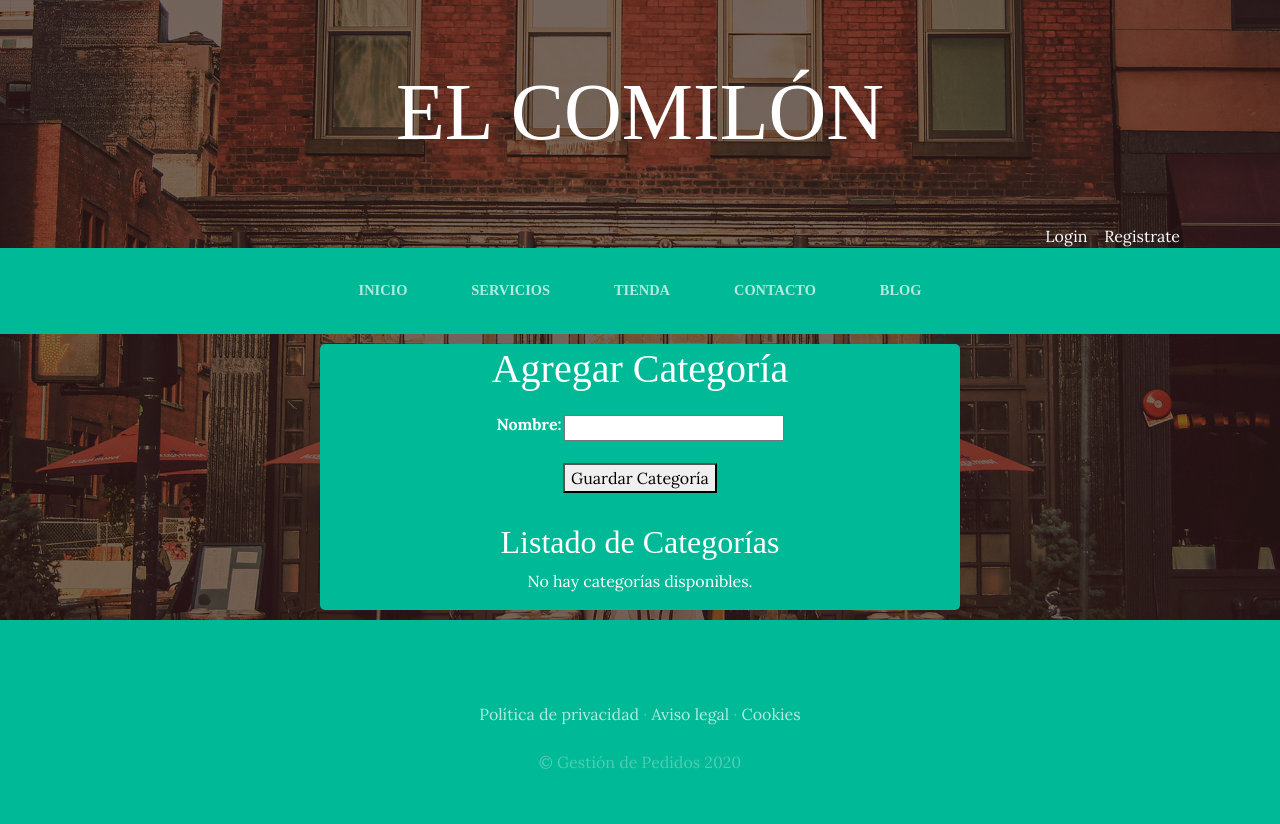
Repository: MatLarrea/Entrega_Elcomilon
Page: http://localhost/tienda/agregar_categoria/
An editor plug-in stored every save of this project. The page is shown before and after the next save, followed by the edit.
The browser window is 1280 px wide. The pictures show the whole page.
Backgrounds fixed to the window are drawn as part of the page. Some web fonts or font styles are not loaded; a fallback is used. The page is served by the project's application, run on Django 5.2 (manage.py). Other server files are loaded and not shown. Queries for data that is not in the repository find no rows.

Above is the page before, as saved 2024-07-11 22:34:10.
Console error: TypeError: Cannot read properties of null (reading 'addEventListener')

### TiendaApp/templates/tienda/agregar_categoria.html
{% extends 'layouts/base.html'%}

{% load static %}


{% block content %}
<div class="formularioContacto" style="text-align: center;">
    <h1 style="color: white;">Agregar Categoría</h1>
    <form method="post">
        {% csrf_token %}
        <table style="margin:20px auto; color: white;">
        {{ form.as_table }}
        </table>
        <button type="submit" style="display: block; margin: 0 auto;">Guardar Categoría</button>
    </form>

    <h2 style="color: white; margin-top: 30px;">Listado de Categorías</h2>
    <ul style="list-style-type: none; padding: 0;">
        {% for categoria in categorias %}
        <li style="margin-bottom: 10px;">
            {{ categoria.nombre }}
            <form method="post" action="{% url 'borrar_categoria' categoria.id %}" style="display: inline;">
                {% csrf_token %}
                <button type="submit" style="margin-left: 10px;">Eliminar</button>
            </form>
        </li>
        {% empty %}
        <li style="color: white;">No hay categorías disponibles.</li>
        {% endfor %}
    </ul>
</div>
{% endblock%}

### Carrito/context_processor.py
from django.contrib import messages

def importe_total_carro(request):

    total = 0

    if request.user.is_authenticated:
        for key, value in request.session["carrito"].items():
            total = total + float(value["precio"])
    else:
        total = "Error"
    return {"importe_total_carro":total}

### Tienda_OnlineApp/templates/layouts/base.html
<html>

<head>


    {% load static %}
    <!-- Bootstrap -->
    <link href="{% static 'Tienda_OnlineApp/vendor/bootstrap/css/bootstrap.min.css' %}" rel="stylesheet">

    <!-- Fonts -->

    <link href="https://fonts.googleapis.com/css2?family=Raleway:wght@300&display=swap" rel="stylesheet">
    <link href="https://fonts.googleapis.com/css?family=Lora:400,400i,700,700i" rel="stylesheet">


    <!-- Styles -->
    <link href="{% static 'Tienda_OnlineApp/css/gestion.css' %}" rel="stylesheet">
</head>

<body>

    <h1 class="site-heading text-center text-white d-none d-lg-block">

        <span class="site-heading-lower">El comilón</span>
    </h1>

    <div style="text-align: right; margin-right: 100px; color: white;">

        {% if user.is_authenticated %}
           Bienvenido {{user.username}} &nbsp;&nbsp; <a href="{% url 'cerrar_sesion'%}" style="color: white;"> Cerrar sesión</a>
        {% else %}
            <a href="{% url 'logear' %}" style="color: white;">Login</a> &nbsp;&nbsp; <a href="{% url 'registro'%}" style="color: white;">Registrate</a>
        {% endif %}
    </div>
    <!-- Navbar -->
    <nav class="navbar navbar-expand-lg navbar-dark py-lg-4" id="mainNav">
        <div class="container">
            <a class="navbar-brand text-uppercase text-expanded font-weight-bold d-lg-none" href="home.html">Gestión de Pedidos
            </a>
            <button class="navbar-toggler" type="button" data-toggle="collapse" data-target="#navbarResponsive"
                aria-controls="navbarResponsive" aria-expanded="false" aria-label="Toggle navigation">
                <span class="navbar-toggler-icon"></span>
            </button>
            <div class="collapse navbar-collapse" id="navbarResponsive">
                <ul class="navbar-nav mx-auto">
                    <li class="nav-item {% if request.path == '/' %}active{% endif %} px-lg-4">
                        <a class="nav-link text-uppercase text-expanded" href="{% url 'home' %}">Inicio</a>
                    </li>
                    <li class="nav-item {% if request.path == '/servicios/' %}active{% endif %} px-lg-4">
                        <a class="nav-link text-uppercase text-expanded" href="{% url 'servicios' %}">Servicios</a>
                    </li>
                    <li class="nav-item {% if request.path == '/tienda/' %}active{% endif %} px-lg-4">
                        <a class="nav-link text-uppercase text-expanded" href="{% url 'tienda' %}">Tienda</a>
                    </li>
                    <li class="nav-item {% if request.path == '/contacto/' %}active{% endif %} px-lg-4">
                        <a class="nav-link text-uppercase text-expanded" href="{% url 'contacto' %}">Contacto</a>
                    </li>
                    <li class="nav-item {% if request.path|slice:':6' == '/blog/' %}active{% endif %} px-lg-4">
                        <a class="nav-link text-uppercase text-expanded" href="{% url 'blog' %}">Blog</a>
                    </li>
                    {% if user.is_superuser %}
                        <li class="nav-item {% if request.path == '/agregar_categoria/' %}active{% endif %} px-lg-4">
                            <a class="nav-link text-uppercase text-expanded" href="{% url 'agregar_categoria' %}">Administracion Categorias</a>
                        </li>
                        <li class="nav-item {% if request.path == '/agregar_producto/' %}active{% endif %} px-lg-4">
                            <a class="nav-link text-uppercase text-expanded" href="{% url 'agregar_producto' %}">Administracion Productos</a>
                        </li>
                    {% endif %}
                </ul>
            </div>
        </div>
    </nav>

    <!-- Contenido de las paginas-->
    {% block content%}

    {% endblock %}

    <!-- Footer -->
    <footer class="footer text-faded text-center py-5">
        <div class="container">
            <p class="m-0">
                <a href="#" class="link">
                    <span class="fa-stack fa-lg">
                        <i class="fa fa-circle fa-stack-2x"></i>
                        <i class="fa fa-twitter fa-stack-1x fa-inverse"></i>
                    </span>
                </a>
                <a href="#" class="link">
                    <span class="fa-stack fa-lg">
                        <i class="fa fa-circle fa-stack-2x"></i>
                        <i class="fa fa-facebook fa-stack-1x fa-inverse"></i>
                    </span>
                </a>
                <a href="#" class="link">
                    <span class="fa-stack fa-lg">
                        <i class="fa fa-circle fa-stack-2x"></i>
                        <i class="fa fa-instagram fa-stack-1x fa-inverse"></i>
                    </span>
                </a>
            </p>
            <p class="m-0 mbt">
                <a href="sample.html" class="link">Política de privacidad</a> ·
                <a href="sample.html" class="link">Aviso legal</a> ·
                <a href="sample.html" class="link">Cookies</a>
            </p>
            <p class="m-0 mbt1">&copy; Gestión de Pedidos 2020</p>
        </div>
    </footer>

    <!-- Bootstrap -->
    <script src="{% static 'Tienda_OnlineApp/vendor/jquery/jquery.min.js' %}"></script>
    <script src="{% static 'Tienda_OnlineApp/vendor/bootstrap/js/bootstrap.bundle.min.js' %}"></script>
    <script src="{% static 'Tienda_OnlineApp/js/gestion.js' %}"></script>
</body>

</html>

### TiendaApp/forms.py
from django import forms
from .models import Categoria_producto, Producto

class CategoriaProductoForm(forms.ModelForm):
    class Meta:
        model = Categoria_producto
        fields = ['nombre']

class ProductoForm(forms.ModelForm):
    class Meta:
        model = Producto
        fields = ['nombre', 'precio', 'categorias', 'imagen', 'disponibilidad']

### TiendaApp/models.py
from django.db import models

# Create your models here.
class Categoria_producto(models.Model):
    nombre = models.CharField(max_length=100, unique=True)
    created = models.DateTimeField(auto_now_add=True)
    updated = models.DateTimeField(auto_now_add=True)

    class Meta:
        verbose_name = "categoria_producto"
        verbose_name_plural = "categorias_producto"

    def __str__(self):
        return self.nombre

class Producto(models.Model):
    nombre = models.CharField(max_length=50)
    precio = models.FloatField()
    categorias =  models.ForeignKey(Categoria_producto, on_delete=models.CASCADE)
    imagen = models.ImageField(upload_to="tienda", null=True, blank=True)
    disponibilidad = models.BooleanField(default=True)
    created = models.DateTimeField(auto_now_add=True)
    updated = models.DateTimeField(auto_now_add=True)

    class Meta:
        verbose_name = "producto"
        verbose_name_plural = "productos"

    def __str__(self):
        return self.nombre

### TiendaApp/views.py
from django.shortcuts import render, redirect, get_object_or_404
from .models import Producto, Categoria_producto
from .forms import CategoriaProductoForm, ProductoForm
from django.contrib import messages
from django.db import IntegrityError

# Create your views here.
def tienda(request):
    productos = Producto.objects.all()
    return render(request, "tienda/tienda.html", {"productos":productos})

def agregar_categoria(request):
    if request.method == 'POST':
        form = CategoriaProductoForm(request.POST)
        if form.is_valid():
            nombre_categoria = form.cleaned_data['nombre']
            try:
                form.save()
                messages.success(request, f'Categoría "{nombre_categoria}" agregada correctamente.')
                return redirect('agregar_categoria')  # Redirige a la misma página de agregar categoría
            except IntegrityError:
                messages.error(request, f'La categoría "{nombre_categoria}" ya existe.')
    else:
        form = CategoriaProductoForm()

    categorias = Categoria_producto.objects.all()  # Obtener todas las categorías desde la base de datos

    return render(request, 'tienda/agregar_categoria.html', {'form': form, 'categorias': categorias})

def borrar_categoria(request, categoria_id):
    categoria = get_object_or_404(Categoria_producto, pk=categoria_id)
    if request.method == 'POST':
        categoria.delete()
        messages.success(request, f'Categoría "{categoria.nombre}" eliminada correctamente.')
        return redirect('agregar_categoria')  # Redirige de nuevo a la misma página de agregar categoría
    return redirect('agregar_categoria')  # En caso de que no sea POST, redirige a la misma página de agregar categoría

def agregar_producto(request):
    if request.method == 'POST':
        form = ProductoForm(request.POST, request.FILES)
        if form.is_valid():
            form.save()
            return redirect('agregar_producto')
    else:
        form = ProductoForm()

    productos = Producto.objects.all()
    context = {
        'form': form,
        'productos': productos,
    }
    return render(request, 'tienda/agregar_producto.html', context)

def borrar_producto(request, producto_id):
    producto = get_object_or_404(Producto, id=producto_id)
    if request.method == 'POST':
        producto.delete()
        return redirect('agregar_producto')

    return render(request, 'tienda/agregar_producto.html', {'producto': producto})

### Tienda_Online/urls.py
"""
URL configuration for Tienda_Online project.

The `urlpatterns` list routes URLs to views. For more information please see:
    https://docs.djangoproject.com/en/5.0/topics/http/urls/
Examples:
Function views
    1. Add an import:  from my_app import views
    2. Add a URL to urlpatterns:  path('', views.home, name='home')
Class-based views
    1. Add an import:  from other_app.views import Home
    2. Add a URL to urlpatterns:  path('', Home.as_view(), name='home')
Including another URLconf
    1. Import the include() function: from django.urls import include, path
    2. Add a URL to urlpatterns:  path('blog/', include('blog.urls'))
"""
from django.contrib import admin
from django.urls import path, include
from django.conf import settings
from django.conf.urls.static import static

urlpatterns = [
    path('admin/', admin.site.urls),
    path('', include("Tienda_OnlineApp.urls")),
    path('servicios/', include("ServiciosApp.urls")),
    path('blog/', include("BlogApp.urls")),
    path('contacto/', include("ContactoApp.urls")),
    path('tienda/', include("TiendaApp.urls")),
    path('carrito/', include("Carrito.urls")),
    path('auth/', include("AutentificacionApp.urls")),
]

urlpatterns += static(settings.MEDIA_URL, document_root = settings.MEDIA_ROOT)

### ServiciosApp/urls.py
from django.urls import path
from . import views

urlpatterns = [
    path('', views.servicios, name="servicios"),
]

### BlogApp/urls.py
from django.urls import path
from . import views

urlpatterns = [
    path('', views.blog, name="blog"),
    path('categoria/<categoria_id>/', views.categoria, name="categoria"),
]

### ContactoApp/urls.py
from django.urls import path
from . import views

urlpatterns = [
    path('', views.contacto, name="contacto"),
]

### TiendaApp/urls.py
from django.urls import path
from . import views
from .views import agregar_categoria


urlpatterns = [
    path('', views.tienda, name="tienda"),
    path('agregar_categoria/', views.agregar_categoria, name='agregar_categoria'),
    path('borrar_categoria/<int:categoria_id>/', views.borrar_categoria, name='borrar_categoria'),
    path('agregar_producto/', views.agregar_producto, name='agregar_producto'),
    path('borrar_producto/<int:producto_id>/', views.borrar_producto, name='borrar_producto'),
]

### Carrito/urls.py
from django.urls import path
from . import views

app_name = "ctienda"

urlpatterns = [

    path("agregar/<int:producto_id>/", views.agregar_producto, name="agregar"),
    path("eliminar/<int:producto_id>/", views.eliminar_producto, name="eliminar"),
    path("restar/<int:producto_id>/", views.restar_producto, name="restar"),
    path("limpiar/", views.limpiar_carrito, name="limpiar"),
]

### AutentificacionApp/urls.py
from django.urls import path
from .views import VRegistro, cerrar_sesion, logear



urlpatterns = [
    path('', VRegistro.as_view() , name="registro"),
    path('cerrar_sesion', cerrar_sesion, name="cerrar_sesion"),
    path('login', logear, name="logear"),
]

### Tienda_OnlineApp/static/Tienda_OnlineApp/css/gestion.css
body {
  font-family: 'Lora';
  background: linear-gradient(rgba(47, 23, 15, 0.65), rgba(47, 23, 15, 0.65)), url("../img/bg_mainn.jpg");
  background-attachment: fixed;
  background-position: center;
  background-size: cover;
}

h1,
h2,
h3,
h4,
h5,
h6 {
  font-family: 'Raleway';
}

p {
  line-height: 1.75;
}

.text-faded {
  color: rgba(255, 255, 255, 0.3);
}

.site-heading {
  margin-top: 5rem;
  margin-bottom: 5rem;
  text-transform: uppercase;
  line-height: 1;
  font-family: 'Raleway';
}

.site-heading .site-heading-upper {
  display: block;
  font-size: 2rem;
  font-weight: 800;
}

.site-heading .site-heading-lower {
  font-size: 5rem;
  font-weight: 100;
  line-height: 4rem;
}

.page-section {
  margin-top: 5rem;
  margin-bottom: 5rem;
}

.section-heading {
  text-transform: uppercase;
}

.section-heading .section-heading-upper {
  display: block;
  font-size: 1rem;
  font-weight: 800;
  padding-bottom: .5rem;

}

.section-heading .section-heading-lower {
  display: block;
  font-size: 3rem;
  font-weight: 100;
}


.section-heading .section-heading-under {
  display: block;
  font-size: 1rem;
  text-transform: none;
  font-weight: 300;
  margin-top: .5rem;
}

.bg-faded {
  background-color: rgba(255, 255, 255, 0.85);
}

#mainNav {
  background-color: rgb(0, 185, 151);
  font-family: 'Raleway';
}

#mainNav .navbar-brand {
  color: #ffffff;
}

#mainNav .navbar-nav .nav-item .nav-link {
  color: rgba(255, 255, 255, 0.7);
  font-weight: 800;
}

#mainNav .navbar-nav .nav-item.active .nav-link {
  color: #ffffff;
  text-decoration: underline;
}

@media (min-width: 992px) {
  #mainNav .navbar-nav .nav-item .nav-link {
    font-size: 0.9rem;
  }

  #mainNav .navbar-nav .nav-item .nav-link:hover {
    color: rgba(255, 255, 255, 0.4);
    text-decoration: underline;
  }

  #mainNav .navbar-nav .nav-item.active .nav-link:hover {
    color: #ffffff;
    text-decoration: underline;
  }
}

.btn-xl {
  font-weight: 700;
  font-size: 0.8rem;
  padding-top: 1.5rem;
  padding-bottom: 1.5rem;
  padding-left: 2rem;
  padding-right: 2rem;
}

.intro {
  position: relative;
}

@media (min-width: 992px) {
  .intro .intro-img {
    width: 75%;
    float: left;
  }

  .intro .intro-text {
    left: 600;
    width: 60%;
    margin-top: 3rem;
    background-color: rgb(0, 185, 151);
    color: cornsilk;
    position: absolute;
  }

  .intro .intro-text .intro-button {
    width: 100%;
    left: 0;
    position: absolute;
    bottom: -2rem;
  }
}

@media (min-width: 1200px) {
  .intro .intro-text {
    width: 45%;
  }
}

.cta {
  padding-top: 5rem;
  padding-bottom: 5rem;
  background-color: rgb(242, 245, 240);
}

.cta .cta-inner {
  position: relative;
  padding: 3rem;
  margin: 0.5rem;
  background-color: rgb(0, 185, 151);
  color: cornsilk;
}

.cta .cta-inner:before {
  border-radius: 0.5rem;
  content: '';
  position: absolute;
  top: -0.5rem;
  bottom: -0.5rem;
  left: -0.5rem;
  right: -0.5rem;
  border: 0.25rem solid rgba(255, 255, 255, 0.85);
}

.cta .cta-innerv {
  position: relative;
  padding: 3rem;
  margin: 0.5rem;
  background-color: rgba(255, 255, 255, 0.85);
}

@media (min-width: 992px) {
  .about-heading .about-heading-img {
    position: relative;
    z-index: 0;
  }

  .about-heading .about-heading-content {
    margin-top: -5rem;
    position: relative;
    z-index: 1;
  }
}

@media (min-width: 992px) {
  .product-item .product-item-title {
    position: relative;
    z-index: 1;
    margin-bottom: -3rem;
  }

  .product-item .product-item-img {
    position: relative;
    z-index: 0;
    max-width: 60vw;
  }

  .product-item .product-item-description {
    position: relative;
    z-index: 1;
    margin-top: -3rem;
    max-width: 50vw;
  }
}



@media (min-width: 992px) {
  .list-hours {
    width: 50%;
    font-size: 1.1rem;
  }
}

.address strong {
  font-size: 1.2rem;
}

.footer {
  background-color: rgb(0, 185, 151);
}



.btn {
  box-shadow: 0px 3px 3px 0px rgba(33, 37, 41, 0.1);
}



.font-weight-light {
  font-weight: 100 !important;
}

.mbtm {
  padding-top: 5rem;
}

.mbt {
  padding-top: 2rem;
}

.mbt1 {
  padding-top: 1.25rem;
}

a.link {
  color: rgba(255, 255, 255, 0.7);
}

a.link:hover {
  text-decoration: none;
  color: rgba(255, 255, 255, 0.4);
}

.section-content {
  font-family: 'Lora' !important;
  font-size: 16px !important;
  font-weight: 400 !important;
  line-height: 28px !important;
}

ul.errorlist {
  padding-top: .75rem;
  font-style: italic;
  color: red;
}

.linksCategorias{
  color: white !important;
  text-decoration: underline;
}

.linksCategorias:hover{
  text-decoration: none;
}

.formularioContacto{
  background-color:  rgb(0, 185, 151);
  margin: auto;
  width: 50%;
  margin: 10px auto;
  border-radius: 5px;
  padding: 1px 0px;
}

/*Mapa api*/

#encuentranos p{
  text-align: center;
}

#map{
  border-radius: 5rem;
  border-style: ridge;
  border-width: 1rem;
  border-color:  rgb(0, 185, 151);
  height: 30rem;
  width: 80%;
  margin: auto;
}

.texto-mapa{
  color: black;
  font-size: 2rem;
}

.mapa{
  background-color: #fff;
  padding-bottom: 5rem;
}

.clima button{

  text-decoration: none;
  color: #fff;
  border-color: black;
  max-width: 20rem;
  height: 2rem;
}

#resultado{
  background-color:   rgb(0, 185, 151);
  color: black;
  max-width: 15rem;
}

#inicio{
  margin: 1% 1%;
}

### Tienda_OnlineApp/static/Tienda_OnlineApp/js/gestion.js
//Creacion de ubicacion localizacion local google map api
let map;
async function initMap() {
  let coord  = {lat:-33.012516 ,lng:-71.549197 };
  const { Map } = await google.maps.importLibrary("maps");
  map = new Map(document.getElementById("map"), {
    center: coord,
    zoom: 16,
  });
  var marker = new google.maps.Marker({
    position: coord,
    map: map
});
}
initMap();


//Obtencion datos API openweathermap
let key = 'b2158dabed90c6c3a9797b6e96405750';
let ciudad = document.getElementById('city');
let boton = document.getElementById('btn');
let resultado = document.getElementById('resultado');
let get_weather = () => {
  let city_name = ciudad.value;
    let url = `https://api.openweathermap.org/data/2.5/weather?q=${city_name}&appid=${key}&units=metric`
    fetch(url).then((resp) => resp.json()).then(data => {
      console.log("la temperatura es " +(data.main.temp)+'°');
      console.log(data.weather[0].description);
      console.log(data);
      resultado.innerHTML = `<h2>${data.name} | ${data.main.temp+'°'}</h2>`
    });
}
boton.addEventListener('click',get_weather);

Loaded but not shown: Tienda_OnlineApp/urls.py (common file)

After the next save:
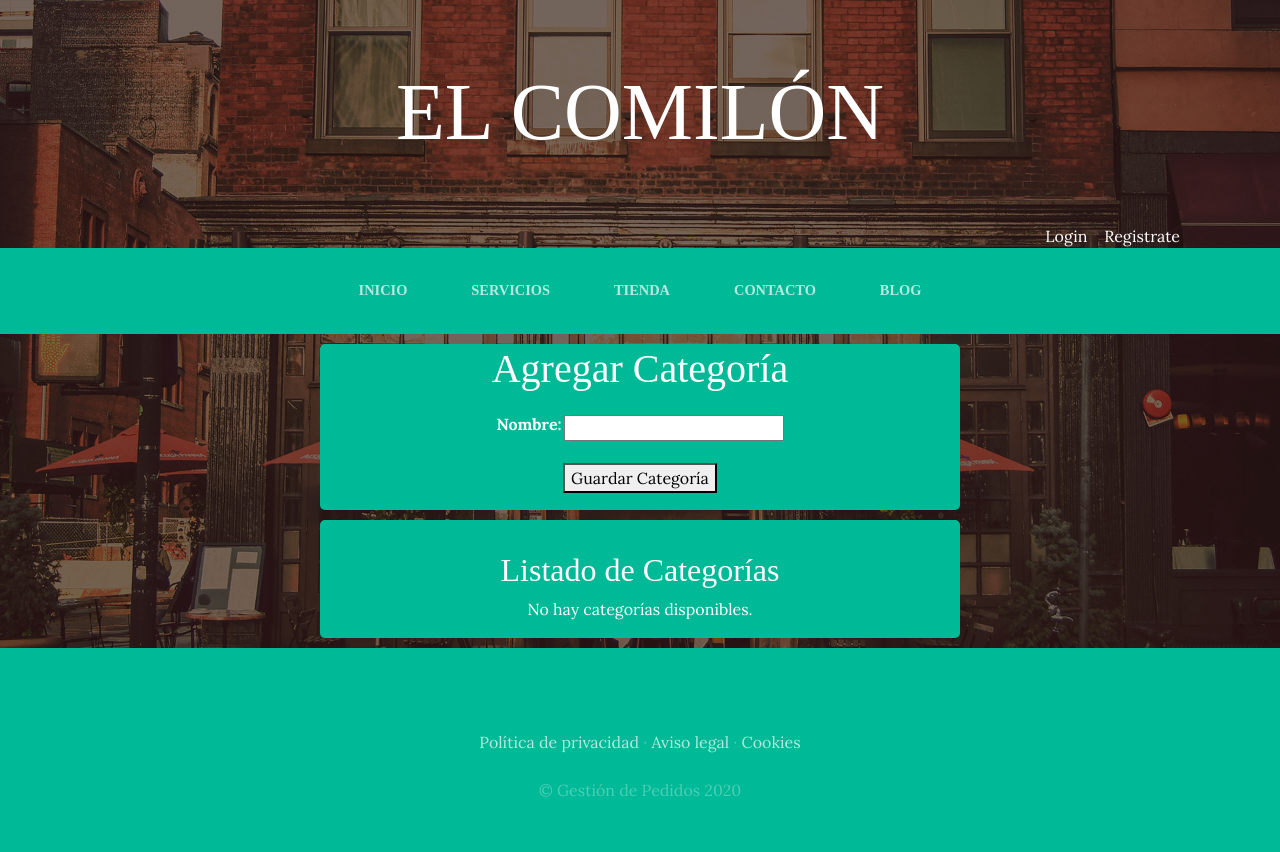
Saved 28 s later.
--- a/TiendaApp/templates/tienda/agregar_categoria.html
+++ b/TiendaApp/templates/tienda/agregar_categoria.html
@@ -13,7 +13,8 @@
         </table>
         <button type="submit" style="display: block; margin: 0 auto;">Guardar Categoría</button>
     </form>
-
+</div>
+<div class="formularioContacto" style="text-align: center;">
     <h2 style="color: white; margin-top: 30px;">Listado de Categorías</h2>
     <ul style="list-style-type: none; padding: 0;">
         {% for categoria in categorias %}
